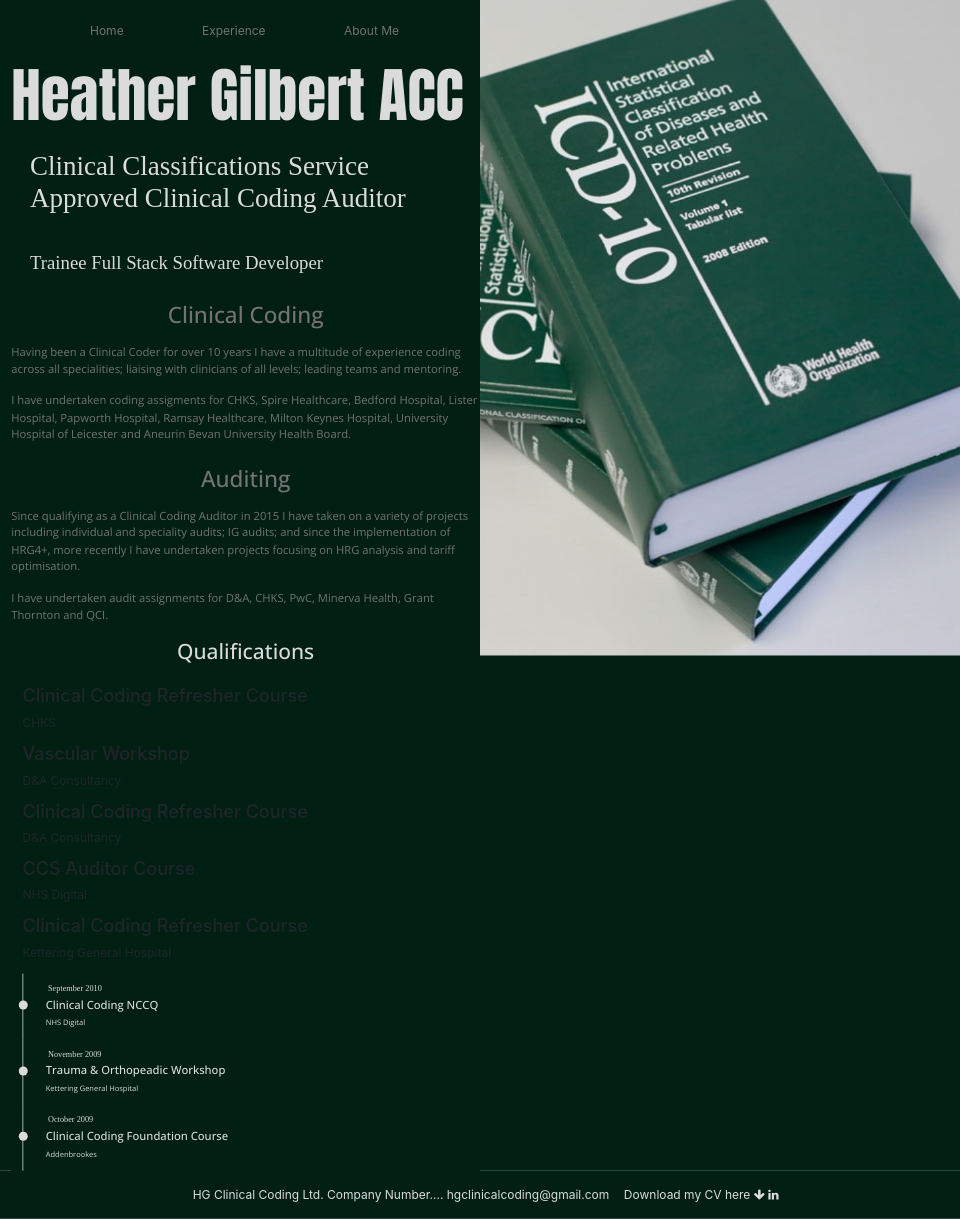
Repository: Code-Institute-Submissions/fsd-ms-project1-resume
Page: resume.html
The author's editor kept a record of every edit. The page is drawn from the files as they stood at one moment, then again after the next edit.
The browser window is 1280 px wide. The pictures show the whole page, at 75% of full size.
Some web fonts or font styles are not loaded; a fallback is used.

Above is the page before.

After the next edit:
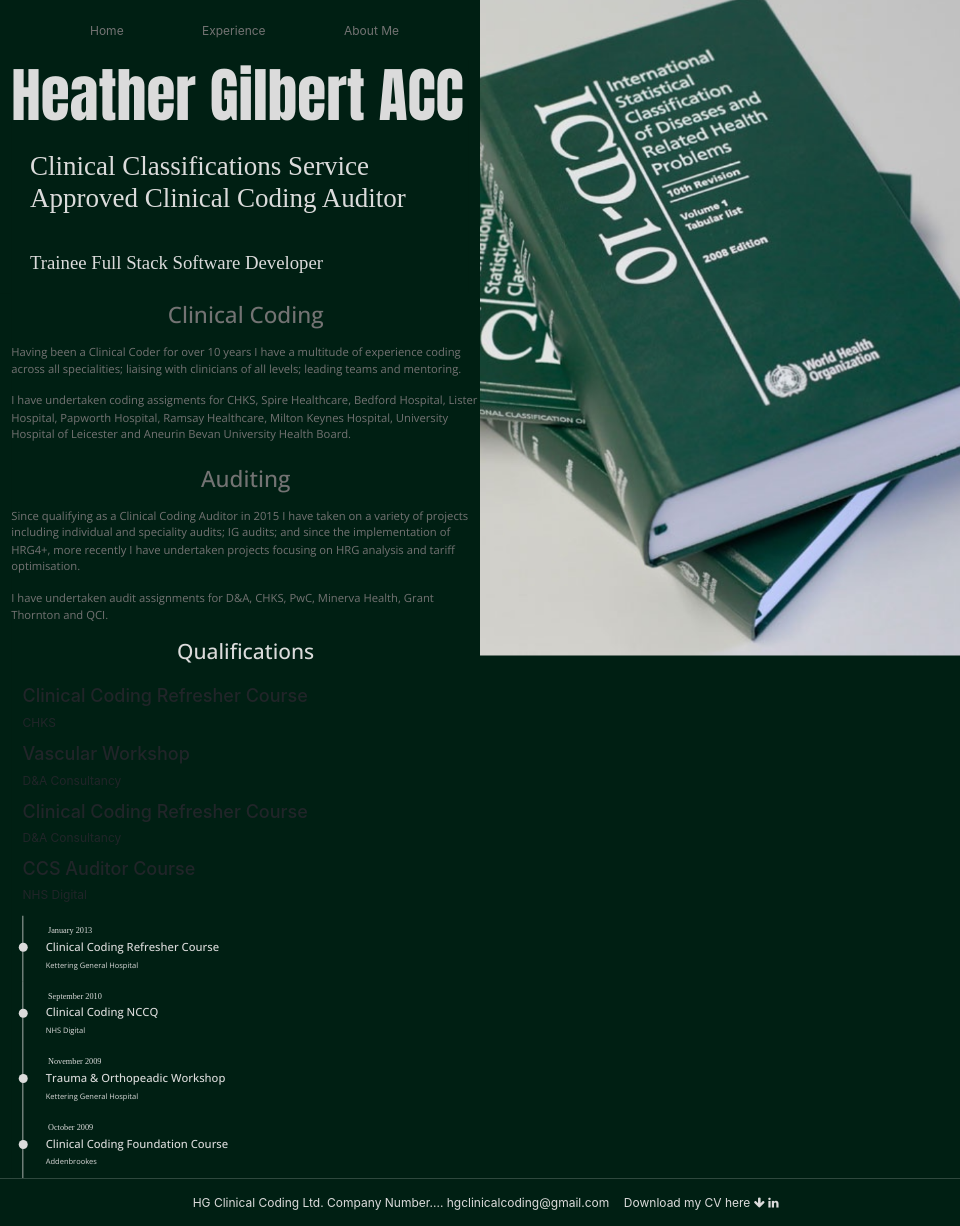
The edit:
--- a/resume.html
+++ b/resume.html
@@ -81,7 +81,7 @@
                             <h4>CCS Auditor Course</h4>
                             <p>NHS Digital</p>
                         </div>
-                        <div class="timeline-item" data-dates="January 2013">
+                        <div class="timeline-data" data-dates="January 2013">
                             <h4>Clinical Coding Refresher Course</h4>
                             <p>Kettering General Hospital</p>
                         </div>
